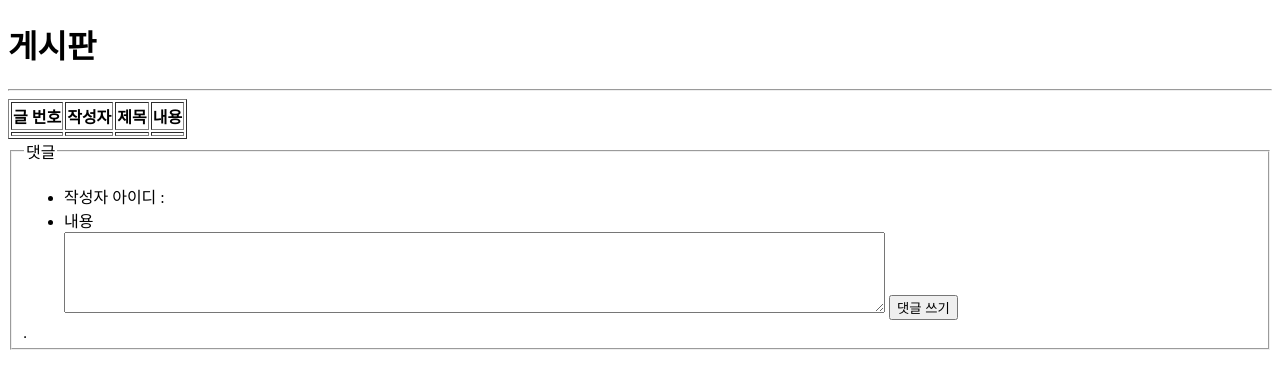
Repository: khy4701/JavaServerPage-Servlet
Page: http://localhost/07.BoardProejct/View.jsp
An editor plug-in stored every save of this project. The page is shown before and after the next save, followed by the edit.
The browser window is 1280 px wide. The pictures show the whole page.
The page is served by Tomcat 9. Other server files are loaded and not shown.

Above is the page before, as saved 2016-07-27 01:17:13.
Console error: SyntaxError: Unexpected token ','

### 07.BoardProejct/WebContent/View.jsp
<%@ page language="java" contentType="text/html; charset=UTF-8"
    pageEncoding="UTF-8"%>
<%@ taglib uri="http://java.sun.com/jsp/jstl/core" prefix="c" %>

<!DOCTYPE html>
<html>
<head>
<meta charset="UTF-8">
<title>Insert title here</title>

<script src= "js/jquery-3.1.0.js"></script>
<script>
// JQuery를 이용한 Ajax 구현

$(function(){

	$("#btnSubmit").click(function(){
		$.ajax({
			// 보낼 URL
			url : "reply.kitri",
			// 같이 보낼 Data
			data : {"boardNum": , "id": , "content": $("#content_id").val() },
			// 성공 했을 때
			success: function(){
				alert("success");
			},
			// 실패 했을 때
			error : function(){
				alert("fail");
			}
		});
	});
});

</script>

</head>
<body>

<h1>게시판</h1>
<hr>

<c:set var ="content" value= "${requestScope.ContentInfo}"/>
<table border ="1">

<tr><th> 글 번호 </th> <th>작성자 </th> <th> 제목</th>
<th>내용 </th> </tr>

    <tr><td align ="center"> ${content.num }        </td>
    <td align ="center"> ${content.name }			</td>
    <td align ="center"> ${content.title }  		</td>
    <td align ="center"> ${content.content }  	  	</td>


</table>

<fieldset>
	<legend>댓글 </legend>
		<ul>
		    <!-- 세션에 저장된 아이디를 Ajax로 읽어오기 위해서 hidden 을 이용하여 id를 지정 -->
			<input type ="hidden" id="id" value="${sessionScope.id}">

			<input type ="hidden" id="boardNum" value="${content.num}">
			<li>작성자 아이디 : ${content.id}  </li>

			<!-- name : Form 태그에서 사용, id : Ajax에서 사용 -->
			<li>내용 <br><textarea rows="5" cols="100" name="content" id="content_id" ></textarea>
			<input type="button" value="댓글 쓰기" id="btnSubmit"></li>
		</ul>

	<table border="1">

	</table>

</fieldset>



</body>
</html>

Loaded but not shown: 07.BoardProejct/WebContent/js/jquery-3.1.0.js (library)

After the next save:
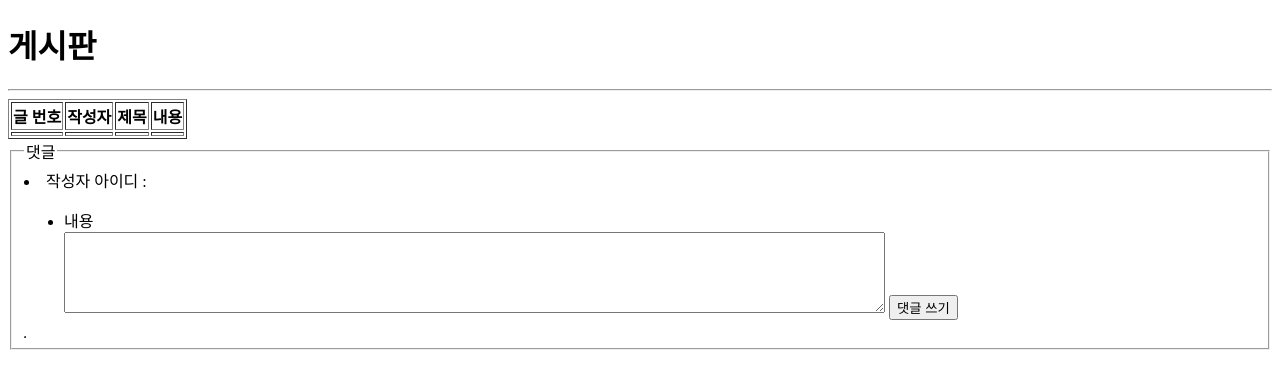
Saved 47 s later.
--- a/07.BoardProejct/WebContent/View.jsp
+++ b/07.BoardProejct/WebContent/View.jsp
@@ -56,18 +56,19 @@
 
 <fieldset>
 	<legend>댓글 </legend>
-		<ul>
-		    <!-- 세션에 저장된 아이디를 Ajax로 읽어오기 위해서 hidden 을 이용하여 id를 지정 -->
+	<form>
+			<!-- 세션에 저장된 아이디를 Ajax로 읽어오기 위해서 hidden 을 이용하여 id를 지정 -->
 			<input type ="hidden" id="id" value="${sessionScope.id}">
 
 			<input type ="hidden" id="boardNum" value="${content.num}">
 			<li>작성자 아이디 : ${content.id}  </li>
 
+		<ul>
 			<!-- name : Form 태그에서 사용, id : Ajax에서 사용 -->
 			<li>내용 <br><textarea rows="5" cols="100" name="content" id="content_id" ></textarea>
 			<input type="button" value="댓글 쓰기" id="btnSubmit"></li>
 		</ul>
-
+	</form>
 	<table border="1">
 
 	</table>

After the 4 saves that followed:
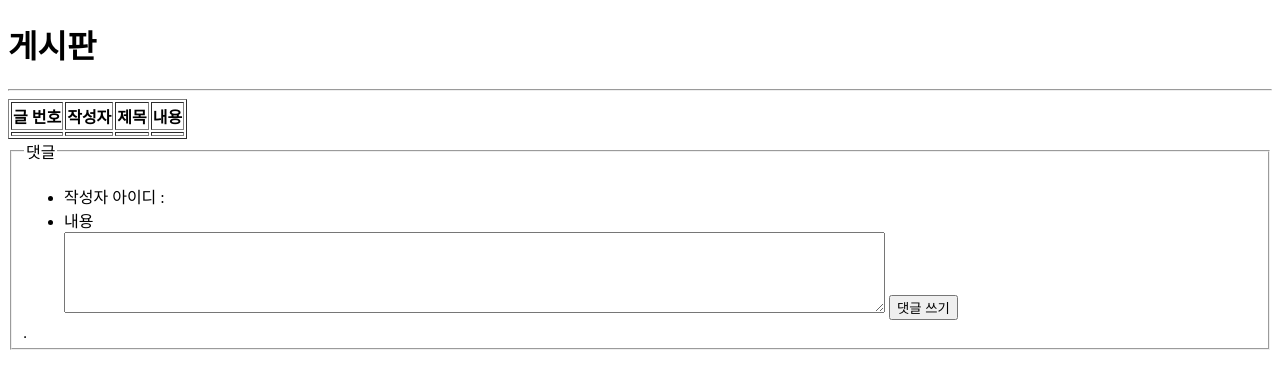
The 4 saves are shown as one change because 3 left the picture as it was.
The last was saved 30 s later.
--- a/07.BoardProejct/WebContent/View.jsp
+++ b/07.BoardProejct/WebContent/View.jsp
@@ -56,20 +56,22 @@
 
 <fieldset>
 	<legend>댓글 </legend>
-	<form>
+		<form>
 			<!-- 세션에 저장된 아이디를 Ajax로 읽어오기 위해서 hidden 을 이용하여 id를 지정 -->
-			<input type ="hidden" id="id" value="${sessionScope.id}">
+			<input type="hidden" id="id" value="${sessionScope.id}"> <input
+				type="hidden" id="boardNum" value="${content.num}">
+			<ul>
 
-			<input type ="hidden" id="boardNum" value="${content.num}">
-			<li>작성자 아이디 : ${content.id}  </li>
+				<li>작성자 아이디 : ${content.id}</li>
 
-		<ul>
-			<!-- name : Form 태그에서 사용, id : Ajax에서 사용 -->
-			<li>내용 <br><textarea rows="5" cols="100" name="content" id="content_id" ></textarea>
-			<input type="button" value="댓글 쓰기" id="btnSubmit"></li>
-		</ul>
-	</form>
-	<table border="1">
+				<!-- name : Form 태그에서 사용, id : Ajax에서 사용 -->
+				<li>내용 <br>
+					<textarea rows="5" cols="100" name="content" id="content_id"></textarea>
+					<input type="button" value="댓글 쓰기" id="btnSubmit">
+				</li>
+			</ul>
+		</form>
+		<table border="1">
 
 	</table>
 
